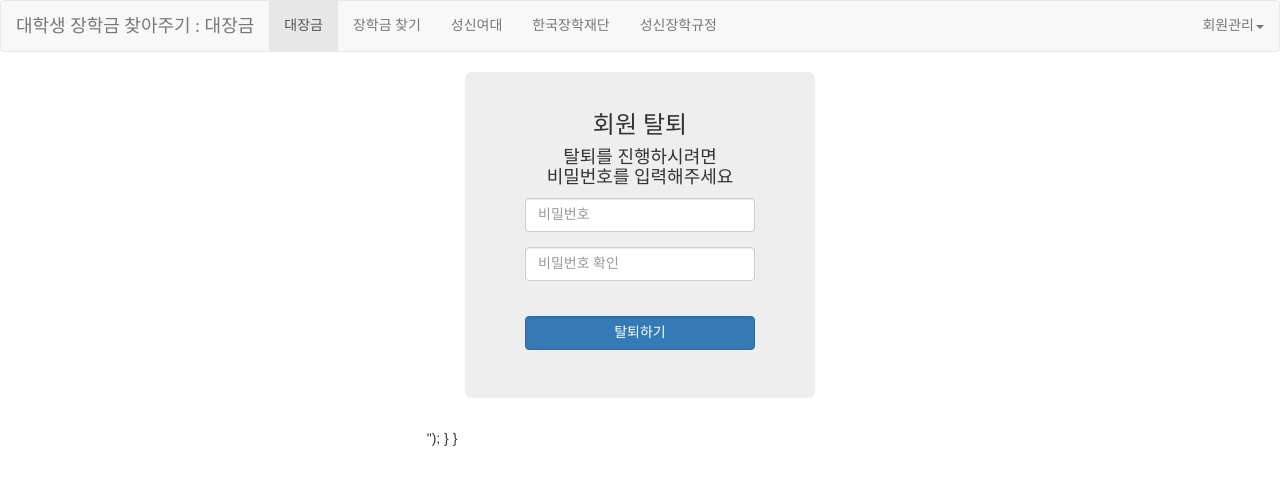
Repository: jiwon-214/DJG
Page: http://localhost/DJG/withdraw.jsp
These files come from the project's save history. The page is drawn as it stood at one moment and after the next save; the edit follows.
The browser window is 1280 px wide. The pictures show the whole page.
Some web fonts or font styles are not loaded; a fallback is used. Some web libraries are served in a nearby version. The page is served by Tomcat 9. Other server files are loaded and not shown.

Above is the page before, as saved 2022-01-11 19:21:48.
Console error: SyntaxError: Unexpected identifier 'script'

### DJG/WebContent/withdraw.jsp
<%@page import="user.UserDAO"%>
<%@page import="user.User"%>
<%@ page language="java" contentType="text/html; charset=UTF-8"
    pageEncoding="UTF-8"%>
<%@ page import="java.io.PrintWriter" %>
<%@ page import="java.sql.*" %>
<!DOCTYPE html>
<html>
<head>
<meta charset="UTF-8">
<meta name = "viewport" content = "width=divice-width", initial-scale = "1">
<link rel = "stylesheet" href = "css/bootstrap.css">
<link rel = "stylesheet" href = "css/custom.css">
<title>대장금</title>
</head>
<body>
	<%
		//로그인 된 사람 정보 담을 수 있도록
		String userID = null;
		if (session.getAttribute("userID") != null) {
			userID = (String) session.getAttribute("userID");
		} //로그인되면 userID에 해당 이이디가 담기고 로그인 안되면 null
	%>
	<nav class ="navbar navbar-default">
		<div class = "navbar-header">
			<button type = "button" class = "navbar-toggle collapsed"
				data-toggle = "collapse" data-target = "#bs-example-navbar-collapse-1"
				aria-expanded="false">
				<span class = "icon-bar"></span>
				<span class = "icon-bar"></span>
				<span class = "icon-bar"></span>
			</button>
			<a class="navbar-brand" href = "main.jsp">대학생 장학금 찾아주기 : 대장금</a>
		</div>
		<div class="collapse navbar-collapse" id="bs-example-navbar-collapse-1">
			<ul class = "nav navbar-nav">
				<li class="active"><a href="main.jsp">대장금</a></li>
				<li><a href="djg.jsp">장학금 찾기</a></li>
				<li><a href="https://portal.sungshin.ac.kr/sso/login.jsp">성신여대</a></li>
				<li><a href="http://www.kosaf.go.kr/">한국장학재단</a></li>
				<li><a href="https://rule.sungshin.ac.kr/service/law/lawView.do?seq=95&historySeq=0&gubun=cur&tree=part">성신장학규정</a></li>
			</ul>
			<ul class="nav navbar-nav navbar-right">
			<li class="dropdown">
				<a href="#" class="dropdown-toggle"
					data-toggle="dropdown" role="button" aria-haspopup="true"
					aria-expanded="false">회원관리<span class="caret"></span></a>
				<ul class="dropdown-menu">
					<li><a href = "info.jsp">정보 확인</a></li>
					<li><a href = "modification.jsp">정보 수정</a></li>
					<li><a href = "logoutAction.jsp">로그아웃 </a></li>
				</ul>
			</li>
			</ul>
		</div>
	</nav>
	<div class="container">
      <div class="col-lg-4"></div>
      <div class="col-lg-4">
         <div class="jumbotron" style="padding-top:20px;">
            <form method="post" action="withdrawAction.jsp">
				<h3 style = "text-align:center;">회원 탈퇴</h3>
				<h4 style = "text-align:center;">탈퇴를 진행하시려면 <br> 비밀번호를 입력해주세요</h3>

               <div class="form-group">
                  <input type="password" class="form-control" placeholder="비밀번호" name="userPassword" id="userPassword" maxlength="20" onchange="password()">
               </div>
               <div class="form-group">
                  <input type="password" class="form-control" placeholder="비밀번호 확인" name="userPassword" id="userPassword_again" maxlength="20" onchange="password()">
               	  &nbsp;
               <span id="check"></span>
               </div>
               <input type="submit" class="btn btn-primary form-control" value="탈퇴하기" onclick = check()>
            </form>
         </div>
      </div>
      <div class="col-lg-4"></div>
   </div>
		<div class="col-lg-4"></div>
	</div>
	<script>
	function password() {
    	var pw = document.getElementById('userPassword').value;
    	var pw2 = document.getElementById('userPassword_again').value;

    	if(pw != pw2) {
    		document.getElementById('check').innerHTML = '비밀번호가 일치하지 않습니다.';
    		document.getElementById('check').style.color = 'red';

    	} else {
    		document.getElementById('check').innerHTML = '비밀번호가 일치합니다.';
    		document.getElementById('check').style.color = 'blue';
    	}
    }

	function check() {
		if(document.getElementById('userPassword') != document.getElementById('userPassword_again') != user.getUserPassword()) {
			PrintWriter script = response.getWriter();
			script.println("<script>");
			script.println("alert('비밀번호가 올바르지 않습니다.')");
			script.println("history.back()");
			script.println("</script>");
		}
	}
	</script>
	<script src = "https://code.jquery.com/jquery-3.1.1.min.js"></script>
	<script src = "js/bootstrap.js"></script>
</body>
</html>

### DJG/WebContent/css/custom.css
@import url(http://fonts.googleapis.com/earlyaccess/nanumgothic.css);
@import url(http://fonts.googleapis.com/earlyaccess/hanna.css);
* {
	font-family : 'Nanum Gothic';
}
h1 {
	font-famaily : 'Hanna';
}

Loaded but not shown: DJG/WebContent/css/bootstrap.css (library); DJG/WebContent/js/bootstrap.js (library)

After the next save:
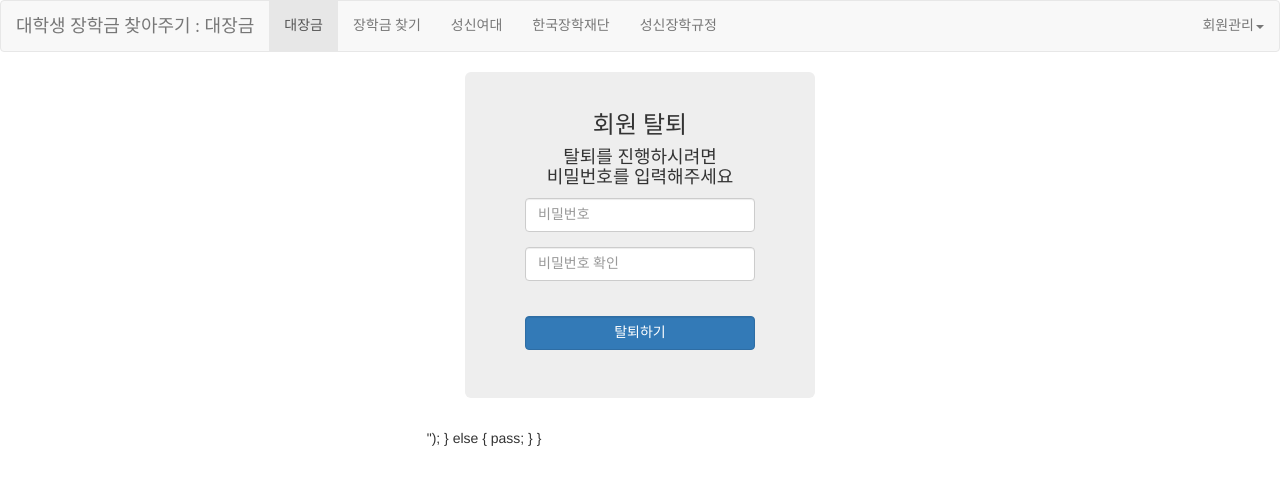
Saved 103 s later.
--- a/DJG/WebContent/withdraw.jsp
+++ b/DJG/WebContent/withdraw.jsp
@@ -92,7 +92,8 @@
     		document.getElementById('check').style.color = 'blue';
     	}
     }
-
+	</script>
+	<script>
 	function check() {
 		if(document.getElementById('userPassword') != document.getElementById('userPassword_again') != user.getUserPassword()) {
 			PrintWriter script = response.getWriter();
@@ -100,6 +101,8 @@
 			script.println("alert('비밀번호가 올바르지 않습니다.')");
 			script.println("history.back()");
 			script.println("</script>");
+		} else {
+			pass;
 		}
 	}
 	</script>
